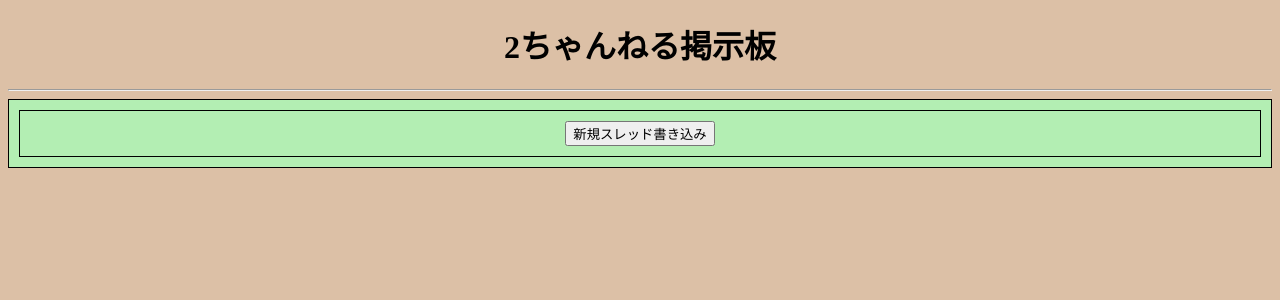
Repository: daidai0602/mba_portal
Page: http://localhost/php_2chan/
These files come from the project's save history. The page is drawn as it stood at one moment and after the next save; the edit follows.
The browser window is 1280 px wide. The pictures show the whole page.
The page is run by PHP 8.4 with error messages shown; the project is at /var/www/html/. Queries for data that is not in the repository find no rows.

Above is the page before, as saved 2023-11-27 22:48:30.

After the next save:
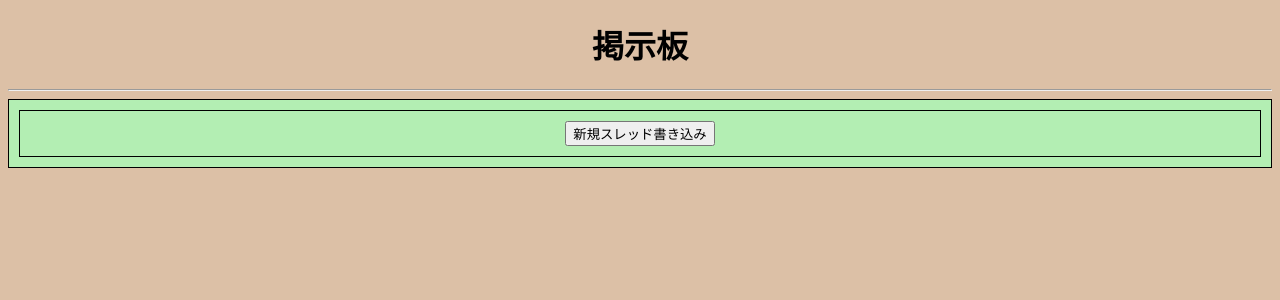
Saved 41 s later.
--- a/app/parts/header.php
+++ b/app/parts/header.php
@@ -1,4 +1,4 @@
 <header>
-    <h1 class="title">2ちゃんねる掲示板</h1>
+    <h1 class="title">掲示板</h1>
     <hr>
 </header>
